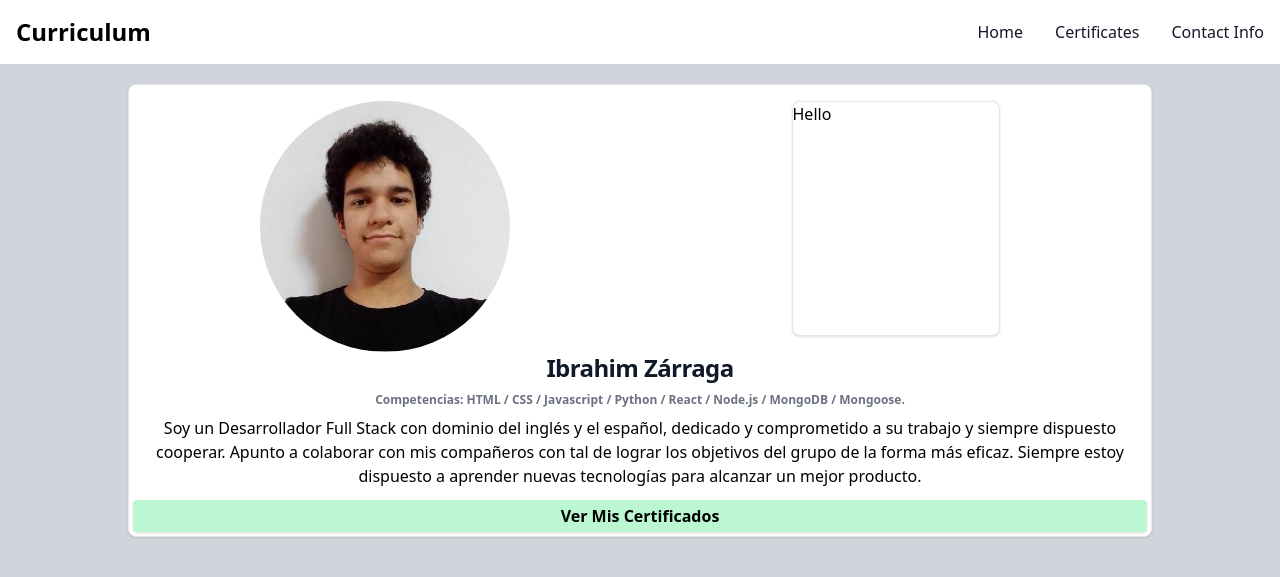
Repository: JetPi/Presentatio-Project
Page: /
The author's editor kept a copy of each file at every save. The page is drawn from the files as they stood at one save, then again after the next save.
The browser window is 1280 px wide. The pictures show the whole page.
The project was rebuilt for these pictures with package versions that can differ from the ones it lists, and the page was loaded fresh each time. The framework's server and built-in components were replaced by stand-ins that run in the browser. Also part of the build but not shown: next.config.js.

Above is the page before, as saved 2023-04-04 13:14:17.

### src/pages/_app.tsx
import "@/styles/globals.css";
import type { AppProps } from "next/app";
import { NavBar } from "@/components/NavBar";

const navList = [
  { text: "Home", href: "/" },
  { text: "Certificates", href: "/about/certificates" },
  { text: "Contact Info", href: "/about/socials" },
];

export default function App({ Component, pageProps }: AppProps) {
  return (
    <div className="min-h-screen pb-2 bg-gray-300 h-cover">
      <NavBar navList={navList} />
      <Component {...pageProps} />
    </div>
  );
}

### src/pages/index.tsx
import Head from "next/head";
import Image from "next/image";
import { Inter } from "next/font/google";
import styles from "@/styles/Home.module.css";
import { Card } from "@/components/Card";
import { CardTitle } from "@/components/Card";
import { Url } from "url";
import { LinkButton } from "@/components/Button";

const inter = Inter({ subsets: ["latin"] });

let mySkills = [
  "HTML",
  "CSS",
  "Javascript",
  "Python",
  "React",
  "Node.js",
  "MongoDB",
  "Mongoose",
];

let myDescription =
  "Soy un Desarrollador Full Stack con dominio del inglés y el español, dedicado y comprometido a su trabajo y siempre dispuesto cooperar. Apunto a colaborar con mis compañeros con tal de lograr los objetivos del grupo de la forma más eficaz. Siempre estoy dispuesto a aprender nuevas tecnologías para alcanzar un mejor producto.";

for (let i = 0; i < mySkills.length; i++) {
  const element = mySkills[i];
  if (i === mySkills.length - 1) {
    mySkills[i] = element + ".";
  } else {
    mySkills[i] = element + " / ";
  }
}

export default function Home() {
  const url: Url = {
    href: "/about/certificates",
    auth: null,
    hash: null,
    host: null,
    hostname: null,
    path: null,
    pathname: null,
    protocol: null,
    search: null,
    slashes: null,
    port: null,
    query: null,
  };
  return (
    <>
      <div className="flex justify-center pt-5 ">
        <Card styling="flex flex-col w-4/5">
          <div className="grid grid-cols-2">
            <Image
              className="flex mx-auto mt-4 rounded-full align-center"
              src={"/Foto de Presentación.png"}
              width={250}
              height={250}
              alt={"Profile Photo"}
            />
            <Card styling="bg-blue-100 mx-auto w-52 m-4">Hello</Card>
          </div>
          <CardTitle>Ibrahim Zárraga</CardTitle>
          <div className="mx-auto text-xs font-semibold text-gray-500">
            Competencias: {mySkills}
          </div>
          <div className="m-2 text-base text-center">{myDescription}</div>
          <LinkButton href={url}>Ver Mis Certificados</LinkButton>
        </Card>
      </div>
    </>
  );
}

### src/styles/globals.css
@tailwind base;
@tailwind components;
@tailwind utilities;

:root {
  --max-width: 1100px;
  --border-radius: 12px;
  --font-mono: ui-monospace, Menlo, Monaco, "Cascadia Mono", "Segoe UI Mono",
    "Roboto Mono", "Oxygen Mono", "Ubuntu Monospace", "Source Code Pro",
    "Fira Mono", "Droid Sans Mono", "Courier New", monospace;

  --foreground-rgb: 0, 0, 0;
  --background-start-rgb: 214, 219, 220;
  --background-end-rgb: 255, 255, 255;

  --primary-glow: conic-gradient(
    from 180deg at 50% 50%,
    #16abff33 0deg,
    #0885ff33 55deg,
    #54d6ff33 120deg,
    #0071ff33 160deg,
    transparent 360deg
  );
  --secondary-glow: radial-gradient(
    rgba(255, 255, 255, 1),
    rgba(255, 255, 255, 0)
  );

  --tile-start-rgb: 239, 245, 249;
  --tile-end-rgb: 228, 232, 233;
  --tile-border: conic-gradient(
    #00000080,
    #00000040,
    #00000030,
    #00000020,
    #00000010,
    #00000010,
    #00000080
  );

  --callout-rgb: 238, 240, 241;
  --callout-border-rgb: 172, 175, 176;
  --card-rgb: 180, 185, 188;
  --card-border-rgb: 131, 134, 135;
}

@media (prefers-color-scheme: dark) {
  :root {
    --foreground-rgb: 255, 255, 255;
    --background-start-rgb: 0, 0, 0;
    --background-end-rgb: 0, 0, 0;

    --primary-glow: radial-gradient(rgba(1, 65, 255, 0.4), rgba(1, 65, 255, 0));
    --secondary-glow: linear-gradient(
      to bottom right,
      rgba(1, 65, 255, 0),
      rgba(1, 65, 255, 0),
      rgba(1, 65, 255, 0.3)
    );

    --tile-start-rgb: 2, 13, 46;
    --tile-end-rgb: 2, 5, 19;
    --tile-border: conic-gradient(
      #ffffff80,
      #ffffff40,
      #ffffff30,
      #ffffff20,
      #ffffff10,
      #ffffff10,
      #ffffff80
    );

    --callout-rgb: 20, 20, 20;
    --callout-border-rgb: 108, 108, 108;
    --card-rgb: 100, 100, 100;
    --card-border-rgb: 200, 200, 200;
  }
}

* {
  box-sizing: border-box;
  padding: 0;
  margin: 0;
}

html,
body {
  max-width: 100vw;
  overflow-x: hidden;
}

body {
  color: rgb(var(--foreground-rgb));
}

a {
  color: inherit;
  text-decoration: none;
}

@media (prefers-color-scheme: dark) {
  html {
    color-scheme: dark;
  }
}

### src/components/NavBar.tsx
import Image from "next/image";
import Link from "next/link";
import { ReactNode } from "react";
type NavData = {
  href: string;
  text: string;
};

interface Props {
  children?: ReactNode | string;
  href?: string;
  navList?: Array<NavData>;
}

function NavItem({ children, href }: Props) {
  return (
    <li>
      <Link
        href={{ pathname: href }}
        className="block py-2 pl-3 pr-4 text-gray-900 rounded hover:bg-gray-100 md:hover:bg-transparent md:border-0 md:hover:text-blue-700 md:p-0 dark:text-white md:dark:hover:text-blue-500 dark:hover:bg-gray-700 dark:hover:text-white md:dark:hover:bg-transparent"
      >
        {children}
      </Link>
    </li>
  );
}

export function NavBar({ navList }: Props) {
  return (
    <nav className="bg-white border-gray-200 dark:bg-gray-900">
      <div className="flex flex-wrap items-center justify-between max-w-screen-xl p-4 mx-auto">
        <span className="self-center text-2xl font-semibold whitespace-nowrap dark:text-white">
          Curriculum
        </span>
        <button
          data-collapse-toggle="navbar-default"
          type="button"
          className="inline-flex items-center p-2 ml-3 text-sm text-gray-500 rounded-lg md:hidden hover:bg-gray-100 focus:outline-none focus:ring-2 focus:ring-gray-200 dark:text-gray-400 dark:hover:bg-gray-700 dark:focus:ring-gray-600"
          aria-controls="navbar-default"
          aria-expanded="false"
        >
          <span className="sr-only">Open main menu</span>
          <svg
            className="w-6 h-6"
            aria-hidden="true"
            fill="currentColor"
            viewBox="0 0 20 20"
            xmlns="http://www.w3.org/2000/svg"
          >
            <path
              fillRule="evenodd"
              d="M3 5a1 1 0 011-1h12a1 1 0 110 2H4a1 1 0 01-1-1zM3 10a1 1 0 011-1h12a1 1 0 110 2H4a1 1 0 01-1-1zM3 15a1 1 0 011-1h12a1 1 0 110 2H4a1 1 0 01-1-1z"
              clipRule="evenodd"
            ></path>
          </svg>
        </button>
        <div className="hidden w-full md:block md:w-auto" id="navbar-default">
          <ul className="flex flex-col p-4 mt-4 font-medium border border-gray-100 rounded-lg md:p-0 bg-gray-50 md:flex-row md:space-x-8 md:mt-0 md:border-0 md:bg-white dark:bg-gray-800 md:dark:bg-gray-900 dark:border-gray-700">
            {navList?.map((item) => {
              return (
                <NavItem href={item.href} key={Math.random()}>
                  {item.text}
                </NavItem>
              );
            })}
          </ul>
        </div>
      </div>
    </nav>
  );
}

### src/components/Card.tsx
import { redirect } from "next/dist/server/api-utils";
import Link from "next/link";
import { useRouter } from "next/router";
import { Url } from "url";
import React, { MouseEventHandler, ReactNode, useState } from "react";
interface Props {
  children?: ReactNode;
  styling?: string;
  href?: string;
}

interface ButtonProps {
  children?: ReactNode;
  styling?: string;
  href: Url;
}

export function Card({ styling, children }: Props) {
  return (
    <div
      className={`${
        styling ? styling : "flex justify-stretch p-6"
      }  bg-white border border-gray-200 rounded-lg shadow dark:bg-gray-800 dark:border-gray-700 dark:hover:bg-gray-700`}
    >
      {children}
      <p className="font-normal text-gray-700 dark:text-gray-400"></p>
    </div>
  );
}

export function CardButton({ href, styling, children }: ButtonProps) {
  return (
    <Link
      className={`${
        styling ? styling : "w-32  "
      } p-2 text-center bg-white border border-gray-200 rounded-lg shadow hover:bg-gray-100 dark:bg-gray-800 dark:border-gray-700 dark:hover:bg-gray-700`}
      href={href.href}
    >
      {children}
    </Link>
  );
}

export function CardTitle({ children }: Props) {
  return (
    <h5 className="mb-2 text-2xl font-bold tracking-tight text-center text-gray-900 dark:text-white">
      {children}
    </h5>
  );
}

### src/components/Button.tsx
import { Url } from "url";
import Link from "next/link";
import React from "react";

interface ButtonProps {
  styling?: string;
  onClick?: React.MouseEventHandler;
  children?: React.ReactNode;
}

interface LinkProps {
  styling?: string;
  href: Url;
  children?: React.ReactNode;
}

export function Button({ onClick, styling, children }: ButtonProps) {
  return (
    <button
      className={`${styling} px-2 py-1 m-1 font-semibold bg-green-200 rounded`}
      onClick={onClick}
    >
      {children}
    </button>
  );
}

export function LinkButton({ href, styling, children }: LinkProps) {
  return (
    <Link
      href={href.href}
      className={`${styling} flex justify-center px-2 py-1 m-1 font-semibold bg-green-200 rounded shadow hover:bg-green-300 dark:bg-gray-800 dark:border-gray-700 dark:hover:bg-gray-700`}
    >
      {children}
    </Link>
  );
}

Loaded but not shown: src/pages/_document.tsx (common file); tailwind.config.js (common file)

After the next save:
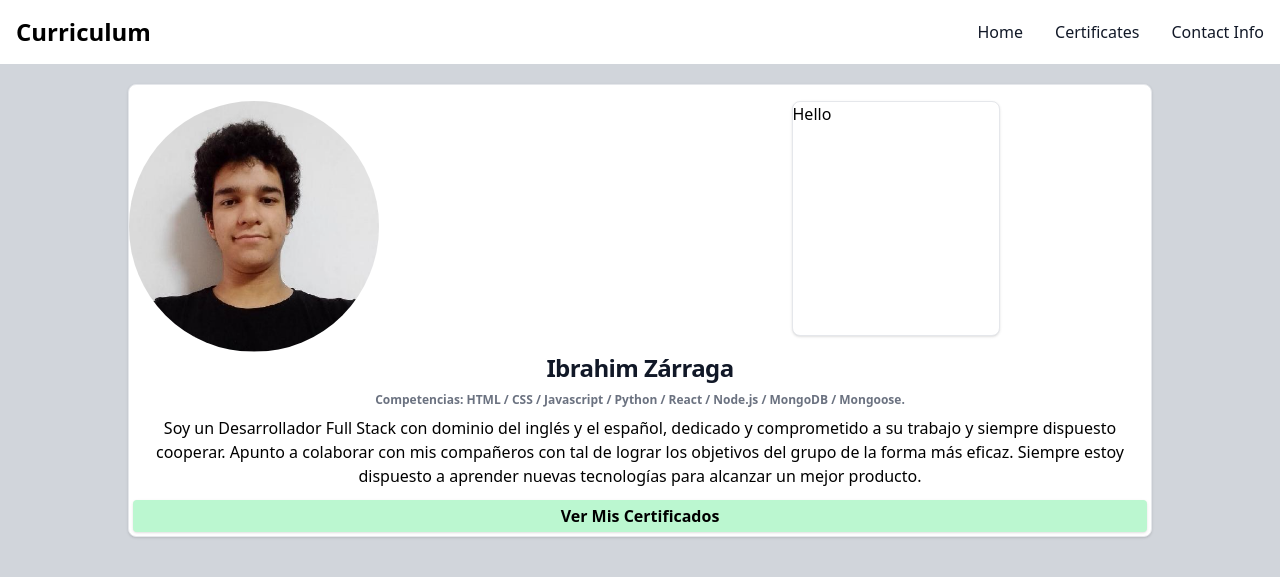
Saved 10 s later.
--- a/src/pages/index.tsx
+++ b/src/pages/index.tsx
@@ -53,7 +53,7 @@
         <Card styling="flex flex-col w-4/5">
           <div className="grid grid-cols-2">
             <Image
-              className="flex mx-auto mt-4 rounded-full align-center"
+              className="flex mt-4 rounded-full align-center"
               src={"/Foto de Presentación.png"}
               width={250}
               height={250}

After the save that followed:
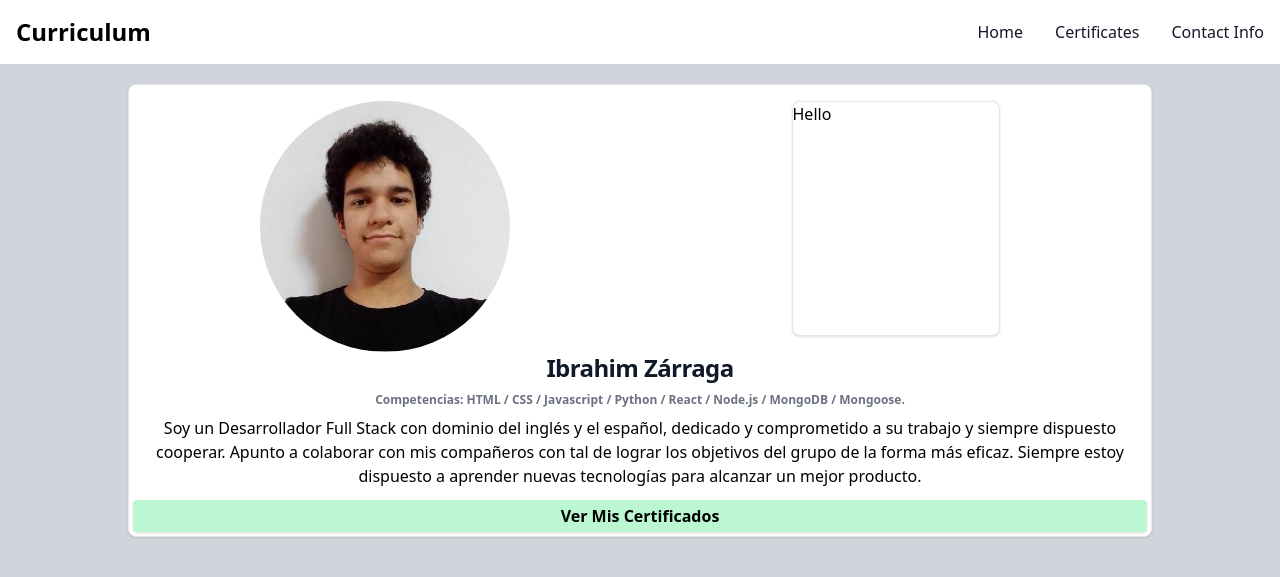
Saved 5 s later.
--- a/src/pages/index.tsx
+++ b/src/pages/index.tsx
@@ -53,7 +53,7 @@
         <Card styling="flex flex-col w-4/5">
           <div className="grid grid-cols-2">
             <Image
-              className="flex mt-4 rounded-full align-center"
+              className="flex mx-auto mt-4 rounded-full align-center"
               src={"/Foto de Presentación.png"}
               width={250}
               height={250}
